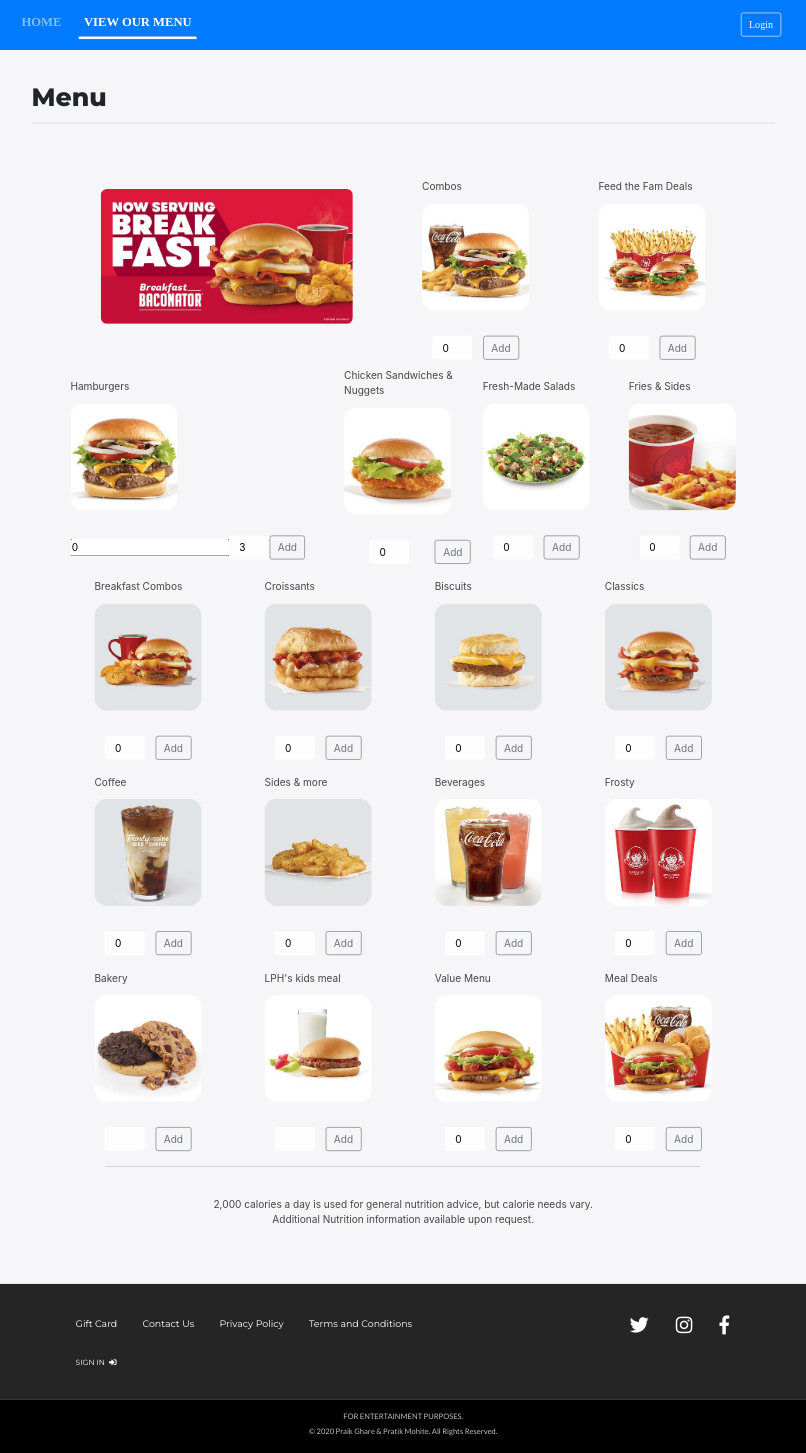
Repository: pratikghare/CafeImbiss
Page: http://localhost/Cafeteria/menu.jsp
These files come from the project's save history. The page is drawn as it stood at one moment and after the next save; the edit follows.
The browser window is 1280 px wide. The pictures show the whole page, at 63% of full size.
Some web fonts or font styles are not loaded; a fallback is used. Some web libraries are served in a nearby version. The page is served by Tomcat 9. Other server files are loaded and not shown.

Above is the page before, as saved 2020-11-04 19:25:24.

### Cafeteria/WebContent/menu.jsp
<!DOCTYPE html>
<html lang="en">
<%@page import="com.cafe.dto.User" %>
<head>
    <meta charset="UTF-8">
    <meta name="viewport" content="width=device-width, initial-scale=1.0">
    <title>Menu | Imbiss Cafe</title>
    <link rel="icon" href="./images/logo/title-logo.png">
    <link href="https://fonts.googleapis.com/css2?family=Chelsea+Market&family=Montserrat:wght@400;800;900&family=Bubblegum+Sans&family=Mali&family=Flamenco&family=Aclonica&family=Carter+One&family=Luckiest+Guy&family=Lato&family=Montserrat+Subrayada&family=Sarabun&family=Viga&family=Wellfleet&display=swap"
        rel="stylesheet">
    <link rel="stylesheet" href="./references/menu.css">
    <link rel="stylesheet" href="./references/footer.css">
    <link rel="stylesheet" href="./references/navigationBar.css">
    <link rel="stylesheet" href="./references/animation.css">
    <link rel="stylesheet" href="https://stackpath.bootstrapcdn.com/bootstrap/4.5.0/css/bootstrap.min.css">
    <script src="https://code.jquery.com/jquery-3.5.1.slim.min.js"></script>
    <script src="https://cdn.jsdelivr.net/npm/popper.js@1.16.0/dist/umd/popper.min.js"></script>
    <script src="https://stackpath.bootstrapcdn.com/bootstrap/4.5.0/js/bootstrap.min.js"></script>
    <link rel="stylesheet" href="https://use.fontawesome.com/releases/v5.6.3/css/all.css">
</head>
<style>
	input[type="number"]{
		border: none;
	    background: rgba(255, 255, 255, 0.8);
	    padding: 7px 1em;
	    width:4em;
	    border-radius: 4px;
	    outline: none;
	}
	.add-btn{
		display:flex;
		align-items:center;
		justify-content:space-evenly;
	}
</style>
<body>

    <!--NavigationBar-->
    <nav class="navbar navbar-expand-lg navbar-dark bg-primary sticky-top">

        <button class="navbar-toggler" type="button" data-toggle="collapse" data-target="#navbarNav" aria-controls="navbarNav" aria-expanded="false" aria-label="Toggle navigation">
          <span class="navbar-toggler-icon"></span>
        </button>
        <div class="collapse navbar-collapse" id="navbarNav">
            <ul class="navbar-nav">
                <li class="nav-item mb-2 mt-1">
                    <a class="nav-link " href="index.jsp">HOME</a>
                </li>
                <li class="nav-item mb-2 mt-1" >
                    <a class="nav-link active" href="menu.jsp">VIEW OUR MENU</a>
                </li>

            </ul>
   <%
   boolean flag;
   if(flag = (session.getAttribute("user") != null)){ %>
			<div class="dropdown ml-auto mr-4">
			  <button style="font-family: 'Chelsea Market'"  class="btn btn-outline-light dropdown-toggle" type="button" id="dropdownMenuButton" data-toggle="dropdown" aria-haspopup="true" aria-expanded="false">
			    <%= session.getAttribute("user") != null ? ((User)session.getAttribute("user")).getUserName():"Hello" %>
			  </button>
			  <div class="dropdown-menu" aria-labelledby="dropdownMenuButton">
			    <a style="font-family: 'Montserrat'; font-size:15px" class="dropdown-item" href="account.htm">Manage Account</a>
			    <a style="font-family: 'Montserrat'; font-size:15px" class="dropdown-item" href="getCart.htm">Cart</a>
			    <div class="dropdown-divider"></div>
          		<a style="font-family: 'Montserrat'; font-size:15px" class="dropdown-item" href="logout.htm">Logout</a>
			  </div>
			</div>
			<% }else{%>
			<div class="ml-auto mr-4">
		<!-- 	<a href="loginForm.htm" class="btn btn-outline-secondary">Login</a> -->
				<a class="btn btn-outline-light" style="font-family: 'Chelsea Market'" href="loginForm.htm" role="button">Login</a>
			</div>
			<%} %>
        </div>
    </nav>
    <!--EndofNavigationBar-->

    <!--MENU SECTION-->
    <section class="menu-section">
        <br><br>
        <h1>Menu</h1>
        <hr><br><br>
        <div>
            <div class="first-grid">
                <div class="grid-item">
                    <a href="#"> <img id="breakfast-ad" src="./images/menu/breakfast.jpg" /></a>
                </div>
                <div class="grid-item">
                    <p>Combos</p>
                    <a href="#"> <img src="./images/menu/combos.jpg" /></a>
                    <br>
                    <form class="add-btn" action="addToCart.htm" method="post" >
                    		<input type="number" name="quantity" value="0" />
	                    	<button class="btn btn-outline-secondary">Add</button>
	                    	<input type="hidden" name="itemId" value="1" />

                    </form>
                    <% if(request.getAttribute("ZeroErr") != null){
	                    		if((Integer)request.getAttribute("ZeroErr") == 1){
	                    	%>
	                    	<br>
	                    	<span style="color:red; font-size:14px;">Quantity should be greater than 0!</span>
	                    	<%}} %>
                </div>
                <div class="grid-item">
                    <p>Feed the Fam Deals</p>
                    <a href="#"> <img src="./images/menu/feed-fam-deals.jpg" /></a><br>
                    <form class="add-btn" action="addToCart.htm" method="post" >
                    		<input type="number" name="quantity" value="0" />
	                    	<input type="hidden" name="itemId" value="2" />
	                    	<button class="btn btn-outline-secondary">Add</button>
                    </form>
                    <% if(request.getAttribute("ZeroErr") != null){
	                    		if((Integer)request.getAttribute("ZeroErr") == 2){
	                    	%>
	                    	<br>
	                    	<span style="color:red; font-size:14px;">Quantity should be greater than 0!</span>
	                    	<%}} %>
                </div>
            </div>
            <div class="first-grid">
                <div class="grid-item" style="margin-left: 0;">
                    <p>Hamburgers</p>
                    <a href="#"> <img src="./images/menu/hamburgers.jpg" /></a><br>
                    <form class="add-btn" action="addToCart.htm" method="post" >
                    		<input type="text" name="quantity" value="0" />
	                    	<input type="number" name="itemId" value="3" />
	                    	<button class="btn btn-outline-secondary">Add</button>
                    </form>
                    <% if(request.getAttribute("ZeroErr") != null){
	                    		if((Integer)request.getAttribute("ZeroErr") == 3){
	                    	%>
	                    	<br>
	                    	<span style="color:red; font-size:14px;">Quantity should be greater than 0!</span>
	                    	<%}} %>
                </div>
                <div class="grid-item chick-sand" style="margin-left: 0; margin-top: -10px;">
                    <p>Chicken Sandwiches & Nuggets</p>
                    <a href="#"> <img src="./images/menu/chicken-sandwich-nuggets.jpg" /></a><br>
                    <form class="add-btn" action="addToCart.htm" method="post" >
                    		<input type="number" name="quantity" value="0" />
	                    	<input type="hidden" name="itemId" value="4" />
	                    	<button class="btn btn-outline-secondary">Add</button>
                    </form>
                    <% if(request.getAttribute("ZeroErr") != null){
	                    		if((Integer)request.getAttribute("ZeroErr") == 4){
	                    	%>
	                    	<br>
	                    	<span style="color:red; font-size:14px;">Quantity should be greater than 0!</span>
	                    	<%}} %>
                </div>
                <div class="grid-item" style="margin-left: -7%;">
                    <p>Fresh-Made Salads</p>
                    <a href="#"> <img src="./images/menu/salads.jpg" /></a><br>
                    <form class="add-btn" action="addToCart.htm" method="post" >
                    		<input type="number" name="quantity" value="0" />
	                    	<input type="hidden" name="itemId" value="5" />
	                    	<button class="btn btn-outline-secondary" >Add</button>
                    </form>
                    <% if(request.getAttribute("ZeroErr") != null){
	                    		if((Integer)request.getAttribute("ZeroErr") == 5){
	                    	%>
	                    	<br>
	                    	<span style="color:red; font-size:14px;">Quantity should be greater than 0!</span>
	                    	<%}} %>
                </div>
                <div class="grid-item">
                    <p>Fries & Sides</p>
                    <a href="#"> <img src="./images/menu/siders.jpg" /></a><br>
                    <form class="add-btn" action="addToCart.htm" method="post" >
                    		<input type="number" name="quantity" value="0" />
	                    	<input type="hidden" name="itemId" value="6" />
	                    	<button class="btn btn-outline-secondary">Add</button>
                    </form>
                    <% if(request.getAttribute("ZeroErr") != null){
	                    		if((Integer)request.getAttribute("ZeroErr") == 6){
	                    	%>
	                    	<br>
	                    	<span style="color:red; font-size:14px;">Quantity should be greater than 0!</span>
	                    	<%}} %>
                </div>
            </div>
            <div class="first-grid">
                <div class="grid-item">
                    <p>Breakfast Combos</p>
                    <a href="#"> <img src="./images/menu/breakfast-combos.jpg" /></a><br>
                    <form class="add-btn" action="addToCart.htm" method="post" >
                    		<input type="number" name="quantity" value="0" />
	                    	<input type="hidden" name="itemId" value="7" />
	                    	<button class="btn btn-outline-secondary">Add</button>
                    </form>
                    <% if(request.getAttribute("ZeroErr") != null){
	                    		if((Integer)request.getAttribute("ZeroErr") == 7){
	                    	%>
	                    	<br>
	                    	<span style="color:red; font-size:14px;">Quantity should be greater than 0!</span>
	                    	<%}} %>
                </div>
                <div class="grid-item">
                    <p>Croissants</p>
                    <a href="#"> <img src="./images/menu/croissants.jpg" /></a><br>
                    <form class="add-btn" action="addToCart.htm" method="post" >
                    		<input type="number" name="quantity" value="0" />
	                    	<input type="hidden" name="itemId" value="8" />
	                    	<button class="btn btn-outline-secondary">Add</button>
                    </form>
                    <% if(request.getAttribute("ZeroErr") != null){
	                    		if((Integer)request.getAttribute("ZeroErr") == 8){
	                    	%>
	                    	<br>
	                    	<span style="color:red; font-size:14px;">Quantity should be greater than 0!</span>
	                    	<%}} %>
                </div>
                <div class="grid-item">
                    <p>Biscuits</p>
                    <a href="#"> <img src="./images/menu/biscuits.jpg" /></a><br>
                    <form class="add-btn" action="addToCart.htm" method="post" >
                    		<input type="number" name="quantity" value="0" />
	                    	<input type="hidden" name="itemId" value="9" />
	                    	<button class="btn btn-outline-secondary">Add</button>
                    </form>
                    <% if(request.getAttribute("ZeroErr") != null){
	                    		if((Integer)request.getAttribute("ZeroErr") == 9){
	                    	%>
	                    	<br>
	                    	<span style="color:red; font-size:14px;">Quantity should be greater than 0!</span>
	                    	<%}} %>
                </div>
                <div class="grid-item">
                    <p>Classics</p>
                    <a href="#"> <img src="./images/menu/classics.jpg" /></a><br>
                    <form class="add-btn" action="addToCart.htm" method="post" >
                    		<input type="number" name="quantity" value="0" />
	                    	<input type="hidden" name="itemId" value="10" />
	                    	<button class="btn btn-outline-secondary">Add</button>
                    </form>
                    <% if(request.getAttribute("ZeroErr") != null){
	                    		if((Integer)request.getAttribute("ZeroErr") == 10){
	                    	%>
	                    	<br>
	                    	<span style="color:red; font-size:14px;">Quantity should be greater than 0!</span>
	                    	<%}} %>
                </div>
            </div>
            <div class="first-grid">
                <div class="grid-item">
                    <p>Coffee</p>
                    <a href="#"> <img src="./images/menu/coffee.jpg" /></a><br>
                    <form class="add-btn" action="addToCart.htm" method="post" >
                    		<input type="number" name="quantity" value="0" />
	                    	<input type="hidden" name="itemId"  value="11" />
	                    	<button class="btn btn-outline-secondary">Add</button>
                    </form>
                    <% if(request.getAttribute("ZeroErr") != null){
	                    		if((Integer)request.getAttribute("ZeroErr") == 11){
	                    	%>
	                    	<br>
	                    	<span style="color:red; font-size:14px;">Quantity should be greater than 0!</span>
	                    	<%}} %>
                </div>
                <div class="grid-item">
                    <p>Sides & more</p>
                    <a href="#"> <img src="./images/menu/sides-more.jpg" /></a><br>
                    <form class="add-btn" action="addToCart.htm" method="post" >
                    		<input type="number" name="quantity" value="0" />
	                    	<input type="hidden" name="itemId" value="12" />
	                    	<button class="btn btn-outline-secondary">Add</button>
                    </form>

                    <% if(request.getAttribute("ZeroErr") != null){
	                    		if((Integer)request.getAttribute("ZeroErr") == 12){
	                    	%>
	                    	<br>
	                    	<span style="color:red; font-size:14px;">Quantity should be greater than 0!</span>
	                    	<%}} %>
                </div>
                <div class="grid-item">
                    <p>Beverages</p>
                    <a href="#"> <img src="./images/menu/beverages.jpg" /></a><br>
                    <form class="add-btn" action="addToCart.htm" method="post" >
                    		<input type="number" name="quantity" value="0" />
	                    	<input type="hidden" name="itemId" value="13" />
	                    	<button class="btn btn-outline-secondary">Add</button>
                    </form>
                    <% if(request.getAttribute("ZeroErr") != null){
	                    		if((Integer)request.getAttribute("ZeroErr") == 13){
	                    	%>
	                    	<br>
	                    	<span style="color:red; font-size:14px;">Quantity should be greater than 0!</span>
	                    	<%}} %>
                </div>
                <div class="grid-item">
                    <p>Frosty</p>
                    <a href="#"> <img src="./images/menu/frosty.jpg" /></a><br>
                    <form class="add-btn" action="addToCart.htm" method="post" >
                    		<input type="number" name="quantity" value="0" />
	                    	<input type="hidden" name="itemId" value="14" />
	                    	<button class="btn btn-outline-secondary">Add</button>
                    </form>
                    <% if(request.getAttribute("ZeroErr") != null){
	                    		if((Integer)request.getAttribute("ZeroErr") == 14){
	                    	%>
	                    	<br>
	                    	<span style="color:red; font-size:14px;">Quantity should be greater than 0!</span>
	                    	<%}} %>
                </div>
            </div>
            <div class="first-grid">
                <div class="grid-item">
                    <p>Bakery</p>
                    <a href="#"> <img src="./images/menu/bakery.jpg" /></a><br>
                    <form class="add-btn" action="addToCart.htm" value="0" method="post" >
                    		<input type="number" name="quantity" />
	                    	<input type="hidden" name="itemId" value="15" />
	                    	<button class="btn btn-outline-secondary">Add</button>
                    </form>
                    <% if(request.getAttribute("ZeroErr") != null){
	                    		if((Integer)request.getAttribute("ZeroErr") == 15){
	                    	%>
	                    	<br>
	                    	<span style="color:red; font-size:14px;">Quantity should be greater than 0!</span>
	                    	<%}} %>
                </div>
                <div class="grid-item">
                    <p>LPH's kids meal</p>
                    <a href="#"> <img src="./images/menu/kids-meal.jpg" /></a><br>
                    <form class="add-btn" action="addToCart.htm" value="0" method="post" >
                    		<input type="number" name="quantity" />
	                    	<input type="hidden" name="itemId" value="16" />
	                    	<button class="btn btn-outline-secondary">Add</button>
                    </form>
                    <% if(request.getAttribute("ZeroErr") != null){
	                    		if((Integer)request.getAttribute("ZeroErr") == 16){
	                    	%>
	                    	<br>
	                    	<span style="color:red; font-size:14px;">Quantity should be greater than 0!</span>
	                    	<%}} %>
                </div>
                <div class="grid-item">
                    <p>Value Menu</p>
                    <a href="#"> <img src="./images/menu/value-menu.jpg" /></a><br>
                    <form class="add-btn" action="addToCart.htm" method="post" >
                    		<input type="number" name="quantity" value="0" />
	                    	<input type="hidden" name="itemId" value="17" />
	                    	<button class="btn btn-outline-secondary">Add</button>
                    </form>
                    <% if(request.getAttribute("ZeroErr") != null){
	                    		if((Integer)request.getAttribute("ZeroErr") == 17){
	                    	%>
	                    	<br>
	                    	<span style="color:red; font-size:14px;">Quantity should be greater than 0!</span>
	                    	<%}} %>
                </div>
                <div class="grid-item">
                    <p>Meal Deals</p>
                    <a href="#"> <img src="./images/menu/meal-deals.jpg" /></a><br>
                    <form class="add-btn" action="addToCart.htm" method="post" >
                    		<input type="number" name="quantity" value="0" />
	                    	<input type="hidden" name="itemId" value="18" />
	                    	<button class="btn btn-outline-secondary">Add</button>
                    </form>
                    <% if(request.getAttribute("ZeroErr") != null){
	                    		if((Integer)request.getAttribute("ZeroErr") == 18){
	                    	%>
	                    	<br>
	                    	<span style="color:red; font-size:14px;">Quantity should be greater than 0!</span>
	                    	<%}} %>
                </div>
            </div>
        </div>
        <div class="nutrition-info">
            <p>2,000 calories a day is used for general nutrition advice, but calorie needs vary. <br>Additional Nutrition information available upon request.</p>
        </div><br>
    </section>
    <!--END OF MENU SECTION-->

    <!--Footer-->
   <footer>
    <div class="footer">
        <div class="footer-left">
            <ul>
                <li>
                    <a href="#">Gift Card</a>
                </li>
                <li>
                    <a href="./contact.html">Contact Us</a>
                </li>
                <li>
                    <a href="https://www.amc.com/privacy" target="_blank">Privacy Policy</a>
                </li>
                <li>
                    <a href="https://www.amc.com/terms" target="_blank">Terms and Conditions</a>
                </li>
            </ul>
            <span><a href="loginForm.htm">Sign in  <i class="fas fa-sign-in-alt"></i></a></span>
        </div>

        <div class="footer-right">
            <a href="https://twitter.com/pratikghare888" target=_blank><i class="fab fa-twitter"></i></a>
            <a href="https://www.instagram.com/pratikghare_/" target=_blank><i class="fab fa-instagram"></i></a>
            <a href="https://www.facebook.com/pratikghare88" target=_blank><i class="fab fa-facebook-f"></i></a>
        </div>
    </div>
    <div class="footer-copyright">
        <h6>FOR ENTERTAINMENT PURPOSES.</h6>
        <h6>&copy; 2020 Praik Ghare & Pratik Mohite. All Rights Reserved.</h6>
    </div>
</footer>
<!--EndOfFooter-->
</body>
<script>

</script>
</html>

### Cafeteria/WebContent/references/navigationBar.css
/* ----- NavigationBar ----- */

.navbar{
    margin: 0;
    padding: 0;
}


.nav-item .active {
    border-bottom: 4px solid #fff;
}

.nav-item {
    margin: 0 10px;
}

.navbar-nav {
    font-weight: bold;
    font-family: 'Chelsea Market';
    font-size: 20px;
}

.navbar-nav ul {
    text-align: center;
}

.navbar-nav li {
    display: inline-block;

}


.navbar-nav a:hover {
    border-bottom: 4px solid #fff;
    color: #fff;
    transition: all 150ms ease-in-out;
}


/* ----- EndOfNavigationBar ----- */

### Cafeteria/WebContent/references/animation.css
body {
    opacity: 0;
    animation: fadeIn ease-in 1;
    animation-fill-mode: forwards;
    animation-duration: 0.2s;

}

@keyframes fadeIn {
    from {
        opacity: 0;
    }
    to {
        opacity: 1;
    }
}

Loaded but not shown: Cafeteria/WebContent/references/menu.css (128 lines, source omitted); Cafeteria/WebContent/references/footer.css (103 lines, source omitted)

After the next save:
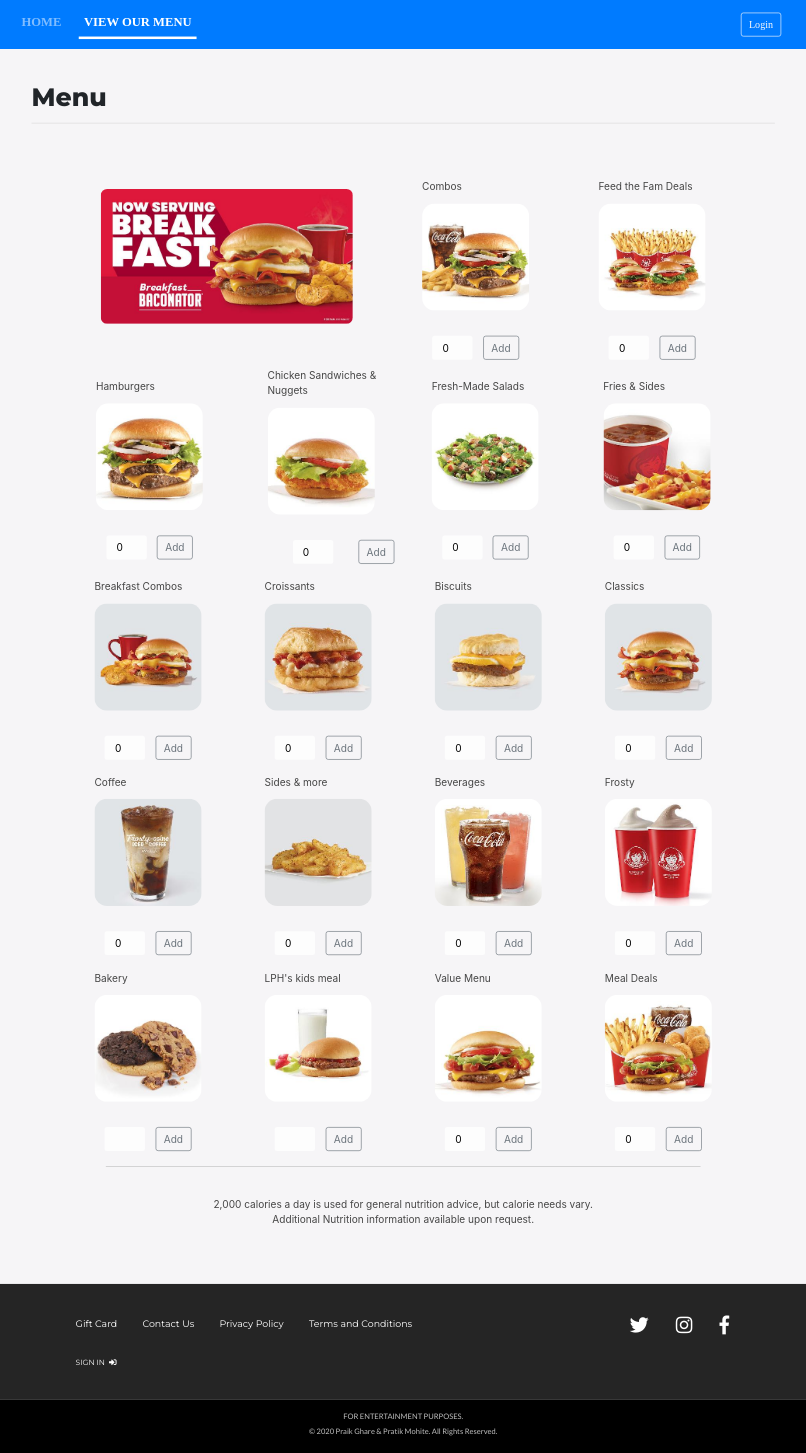
Saved 37 s later.
--- a/Cafeteria/WebContent/menu.jsp
+++ b/Cafeteria/WebContent/menu.jsp
@@ -123,8 +123,8 @@
                     <p>Hamburgers</p>
                     <a href="#"> <img src="./images/menu/hamburgers.jpg" /></a><br>
                     <form class="add-btn" action="addToCart.htm" method="post" >
-                    		<input type="text" name="quantity" value="0" />
-	                    	<input type="number" name="itemId" value="3" />
+                    		<input type="number" name="quantity" value="0" />
+	                    	<input type="hidden" name="itemId" value="3" />
 	                    	<button class="btn btn-outline-secondary">Add</button>
                     </form>
                     <% if(request.getAttribute("ZeroErr") != null){
